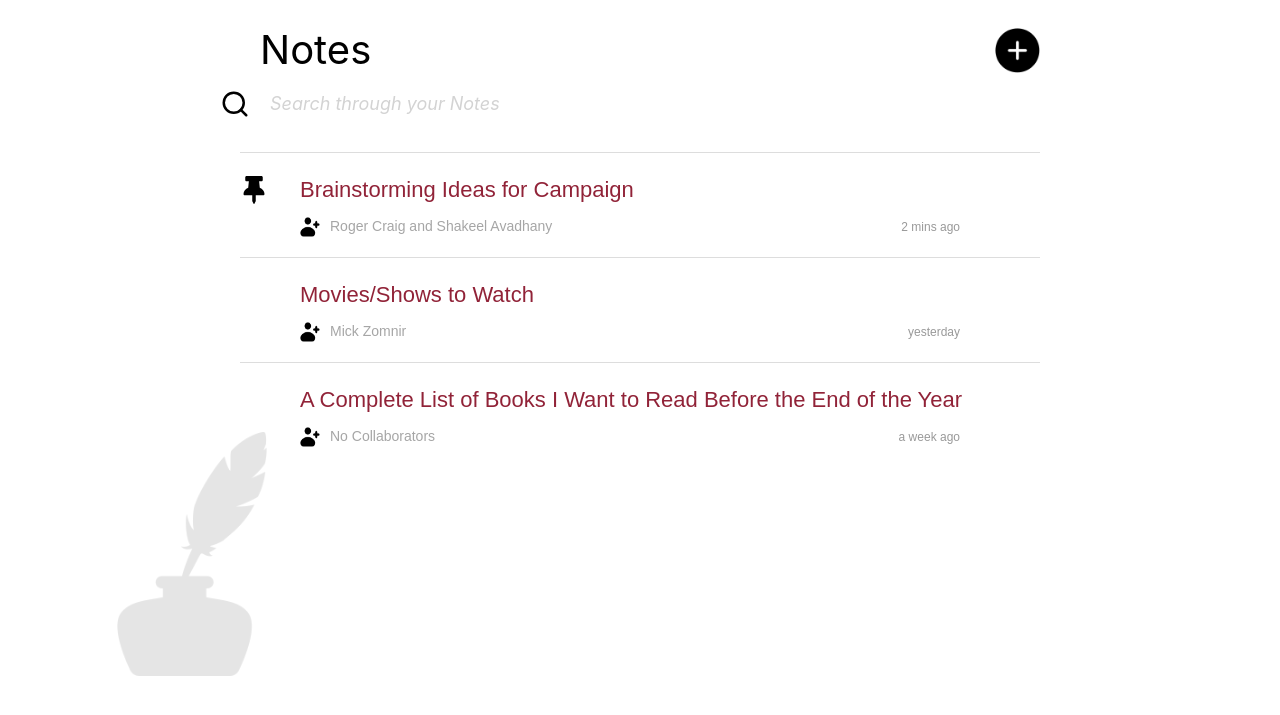
Repository: shabiasaeed/Notes-app
Page: /
An editor plug-in stored every save of this project. The page is shown before and after the next save, followed by the edit.
The browser window is 1280 px wide. The pictures show the whole page.
The project was rebuilt for these pictures with package versions that can differ from the ones it lists, and the page was loaded fresh each time.

Above is the page before, as saved 2025-01-01 17:43:26.

### src/App.js
import React, { useState } from 'react';
import Header from './components/Header';
import Note from './components/Note';
import './App.css';
import backgroundInk from './assets/ink-background-element.png';

//Component to handle the rendering of the header and note compnents
function App() {
  // Displaying few static notes
  const [notes, notesList] = useState([
    {
      title: "Brainstorming Ideas for Campaign",
      author: "Roger Craig and Shakeel Avadhany",
      time: "2 mins ago",
      pinned: true
    },
    {
      title: "Movies/Shows to Watch",
      author: "Mick Zomnir",
      time: "yesterday",
      pinned: false
    },
    {
      title: "A Complete List of Books I Want to Read Before the End of the Year",
      author: "No Collaborators",
      time: "a week ago",
      pinned: false
    }
  ]);

  function handleDelete(title){
    notesList(notes.filter( note => note.title !== title))
  }

  function handlePinToggle(title){
    notesList(prevNotes => prevNotes.map(note => note.title === title ? { ...note, pinned: !note.pinned } : note));
  };

  // Search state
  const [searchNotes, setSearchNotes] = useState('');

  // Filter notes based on search
  const filteredNotes = notes.filter(note => note.title.toLowerCase().includes(searchNotes.toLowerCase()));

  // Pinned notes to appear at the top
  const sortedNotes = filteredNotes.sort((a, b) => b.pinned - a.pinned);

  return (
    <div className="App">
      <Header setSearchNotes={setSearchNotes}/>
      <main>
        <img src={backgroundInk} alt="Ink Element" className="ink-element"/>
        {sortedNotes.map((note, index) => (
          <Note key={index} title={note.title} author={note.author} time={note.time} pinned={note.pinned} onDelete={handleDelete} onPinToggle={handlePinToggle}/>
        ))}
      </main>
    </div>
  );
}

export default App;

### src/components/Header.js
import React from 'react';
import './Header.css';
import addButton from '../assets/add-button.png';
import { FiSearch } from 'react-icons/fi';

// Component to handle the display of the application's header section
const Header = ({ setSearchNotes }) => {
  return (
    <header className="header">
      <div className="header-top">
        <h1 className="title">Notes</h1>
        <button className="add-button">
          <img src={addButton} alt="Add"/>
        </button>
      </div>
      <div className="search-bar">
        <FiSearch className="search-icon" />
        <input type="text" placeholder="Search through your Notes" className="search-text" onChange={(e) => setSearchNotes(e.target.value)}/>
      </div>
    </header>
  );
};

export default Header;

### src/components/Note.js
import React, { useState } from 'react';
import './Note.css';
import userIcon from '../assets/user-icon.png';
import { FiTrash } from 'react-icons/fi';
import { FaThumbtack } from 'react-icons/fa';
import { TbPinned } from 'react-icons/tb';

//Component to handle the display of the note's section
const Note = ({ title, author, time, pinned, onDelete, onPinToggle }) => {
  const [isHovered, setIsHovered] = useState(false); //State for checking whether the note is hovered


  return (
    <div className="note" onMouseEnter={() => setIsHovered(true)} onMouseLeave={() => setIsHovered(false)}>
      <div className={`note-header ${pinned ? 'pinned' : 'unpinned'}`}>
      {pinned ? (<FaThumbtack className="pin-icon" onClick={() => onPinToggle(title)}/>) : (isHovered && (<TbPinned className="pin-icon" onClick={() => onPinToggle(title)}/>))}
        <h2>{title}</h2>
        {isHovered && (<FiTrash className="delete-icon" onClick={() => onDelete(title)}/>)}
      </div>
      <div className="note-footer">
        <img src={userIcon} alt="User" className="user-icon"/>
        <p>{author}</p>
        <span>{time}</span>
      </div>
    </div>
  );
};

export default Note;

### src/App.css
main {
  padding: 5px;
  position: relative;
  display: flex;
  flex-direction: column;
  align-items: center;
  font-family: Arial, sans-serif;
}

/* Styling for background element */
.ink-element {
  position: fixed;
  top: 60%;
  left: 15%;
  transform: translateX(-50%);
  z-index: -1;
  width: 150px;
}

### src/components/Header.css
/* Styling for the header container */
.header {
    padding: 20px;
    background-color: #fff;
    width: 100%;
    display: flex;
    flex-direction: column;
    align-items: center;
}

.header-top {
    display: flex;
    align-items: center;
    justify-content: space-between;
    width: 100%;
    max-width: 800px;
}

.title {
    font-size: 40px;
    color: #000;
    padding-left: 20px;
}

/* Styling for the search feature */
.search-bar input::placeholder {
    color: #d3d3d3;
}

.search-bar {
    display: flex;
    align-items: center;
    width: 100%;
    justify-content: center;
}

.search-bar input {
    border: none;
    outline: none;
    padding: 10px;
    font-size: 18px;
    font-style: italic;
    flex-grow: 1;
    max-width: 800px;
}

/* Styling for the add button */
.add-button {
    background: none;
    border: none;
    cursor: pointer;
}

.add-button img {
    width: 45px;
    height: 45px;
}

.search-icon {
    width: 30px;
    height: 30px;
    cursor: pointer;
    margin-right: 10px;
}

### src/components/Note.css
/* Styling for notes */
.note {
    padding: 20px;
    border-top: 1px solid #ddd;
    position: relative;
    display: flex;
    flex-direction: column;
    width: 100%;
    max-width: 800px;
    margin: 0 auto;
}

.note-header {
    display: flex;
    align-items: center;
    padding-left: 30px;
}

.note-header h2 {
    margin: 0 0 0 10px;
    font-size: 22px;
    color: #912338;
}

.pin-icon {
    width: 28px;
    height: 28px;
    position: absolute;
    left: 0;
    cursor: pointer;
}

.note-footer {
    display: flex;
    align-items: center;
    margin-top: 10px;
    padding-left: 40px;
    position: relative;
}

.note-footer img {
    width: 20px;
    height: 20px;
    margin-right: 10px;
}

.note-footer p {
    margin: 0;
    font-size: 14px;
    color: #a6a6a6;
}

.note-footer span {
    margin-left: auto;
    font-size: 12px;
    color: #999;
    margin-right: 60px;
}

/* Styling for delete icon */
.delete-icon {
    cursor: pointer;
    position: absolute;
    right: 10px;
}

Loaded but not shown: public/index.html (common file); src/index.js (common file); src/index.css (common file); src/reportWebVitals.js (common file); tailwind.config.js (common file)

After the next save:
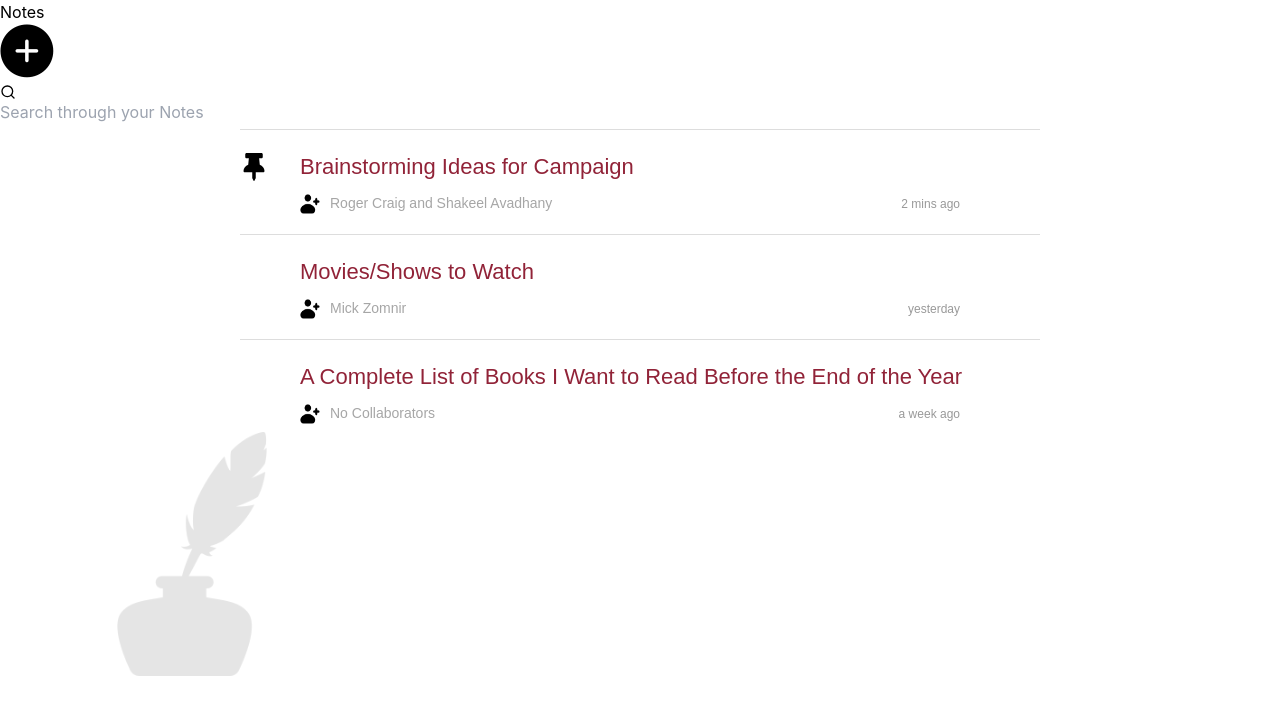
Saved 8 min 19 s later.
--- a/src/components/Header.css
+++ b/src/components/Header.css
@@ -1,5 +1,5 @@
 /* Styling for the header container */
-.header {
+/* .header {
     padding: 20px;
     background-color: #fff;
     width: 100%;
@@ -20,10 +20,10 @@
     font-size: 40px;
     color: #000;
     padding-left: 20px;
-}
+} */
 
 /* Styling for the search feature */
-.search-bar input::placeholder {
+/* .search-bar input::placeholder {
     color: #d3d3d3;
 }
 
@@ -42,10 +42,10 @@
     font-style: italic;
     flex-grow: 1;
     max-width: 800px;
-}
+} */
 
 /* Styling for the add button */
-.add-button {
+/* .add-button {
     background: none;
     border: none;
     cursor: pointer;
@@ -61,4 +61,4 @@
     height: 30px;
     cursor: pointer;
     margin-right: 10px;
-}
+} */
